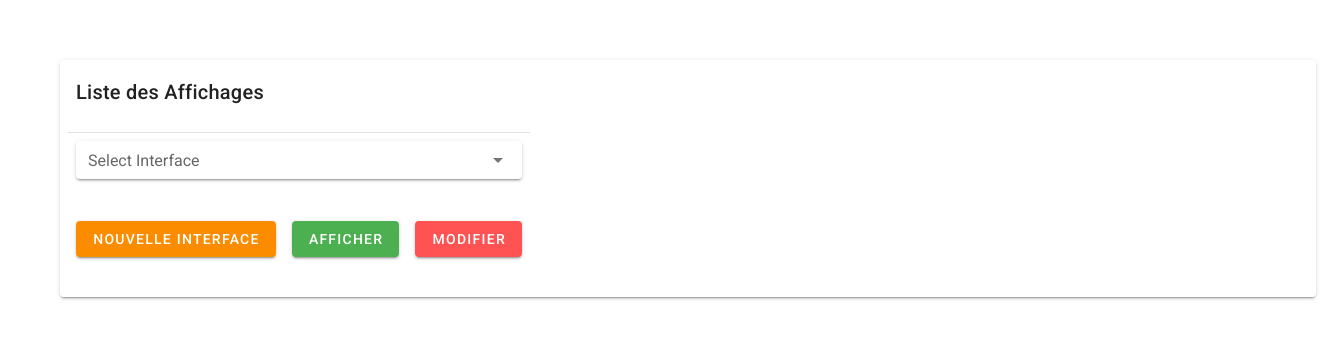
Repository: Hamagistral/BannerApp-Vue
Page: /#/
An editor plug-in stored every save of this project. The page is shown before and after the next save, followed by the edit.
The browser window is 1280 px wide. The page is 1328 px wide, then 1280 px, so the pictures cover 1328 px, including what lies to the right of the window. The pictures show the whole page.
The project was rebuilt for these pictures with package versions that can differ from the ones it lists, and the page was loaded fresh each time. Also part of the build but not shown: vue.config.js, src/components/WidgetText.vue, src/components/WidgetImage.vue, src/components/DynamicPage.vue.

Above is the page before, as saved 2023-02-07 01:29:59.

### public/index.html
<!DOCTYPE html>
<html lang="en">
  <head>
    <meta charset="utf-8">
    <meta http-equiv="X-UA-Compatible" content="IE=edge">
    <meta name="viewport" content="width=device-width,initial-scale=1.0">
    <link rel="icon" href="<%= BASE_URL %>favicon.ico">
    <title>Banner App</title>
    <link rel="stylesheet" href="https://fonts.googleapis.com/css?family=Roboto:100,300,400,500,700,900">
    <link rel="stylesheet" href="https://cdn.jsdelivr.net/npm/@mdi/font@latest/css/materialdesignicons.min.css">
  </head>
  <body>
    <noscript>
      <strong>We're sorry but Banner App doesn't work properly without JavaScript enabled. Please enable it to continue.</strong>
    </noscript>
    <div id="app"></div>
    <!-- built files will be auto injected -->
  </body>
</html>

### src/App.vue
<template>
  <v-app>
    <v-main>
      <v-container class="ma-12" fluid>
        <router-view align="center" justify="center" ></router-view>
      </v-container>
    </v-main>
  </v-app>
</template>

<script>

export default {
  name: "App",
  components: {},
};
</script>

### src/router/index.js
import Vue from 'vue'
import VueRouter from 'vue-router'
import DynamicPage from '../components/DynamicPage'
import Home from "../components/Home";

Vue.use(VueRouter)

const routes = [
  {
    path: '/',
    name: 'home',
    component: Home
  },
  {
    path: '/dynamicPage',
    name: 'dynamicPage',
    component: DynamicPage
  },

]
const router = new VueRouter({
  routes
})

export default router

### src/components/Home.vue
<template>
  <div class="text-center mx-auto">
    <v-dialog v-model="dialog" persistent>
      <template v-slot:activator="{ on, attrs }">
        <v-card>
            <v-card-title color="warning" text>Liste des Affichages</v-card-title >

            <v-spacer></v-spacer>

            <v-card-actions>
              <div class="text-center">
                <v-divider></v-divider>
                <v-select
                  class="ma-2"
                  :items="items"
                  label="Select Interface"
                  dense
                  solo
                ></v-select>

                <v-btn class="ma-2 mb-8" color="warning" v-bind="attrs" v-on="on">
                  Nouvelle Interface
                </v-btn>

                <v-btn class="ma-2 mb-8" color="success" to="/dynamicPage">
                  Afficher
                </v-btn>

                <v-btn class="ma-2 mb-8" color="error">
                  Modifier
                </v-btn>
              </div>
            </v-card-actions>
        </v-card>
      </template>

      <v-card>
        <v-card-title class="text-h5 grey lighten-2">
          Add Interfaces
        </v-card-title>

        <v-tabs class="text-center">
          <v-tab>Créer un nouvelle Interface</v-tab>
          <v-tab-item class="py-8 px-4">
            <v-row align="center">
              <v-col cols="12" sm="6" md="4">
                <v-text-field dense label="Nom de l'interface" v-model="newItem"></v-text-field
                ></v-col
              ><v-btn tile color="success" v-on:click="items.push(newItem)" @click="dialog = false">
                  <v-icon left> mdi-pencil </v-icon>
                  Créer
                </v-btn></v-row
            >
          </v-tab-item>
          <v-tab>Importer une Interface</v-tab>
        </v-tabs>
        <v-divider></v-divider>
        <v-card-actions>
          <v-spacer></v-spacer>
          <v-btn color="primary" text @click="dialog = false"> Fermer </v-btn>
        </v-card-actions>
      </v-card>
    </v-dialog>
  </div>
</template>

<script>

export default {
  components: {
  },

  data() {
    return {
      newItem: "",
      show: false,
      dialog: false,
      items: ["Interface 1", "Interface 2", "Interface 3", "Interface 4"],
    };
  },
};
</script>

Loaded but not shown: src/main.js (common file); src/store/index.js (common file); src/plugins/vuetify.js (common file)

After the next save:
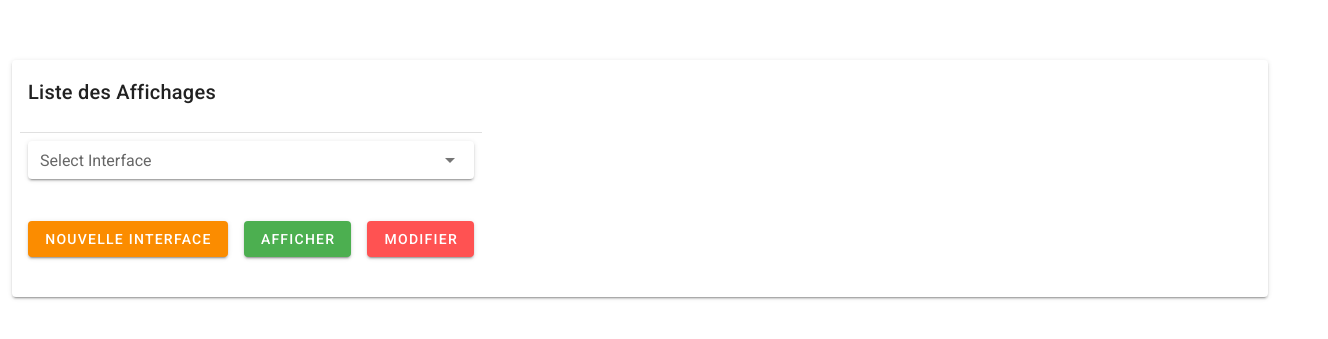
Saved 4 s later.
--- a/src/App.vue
+++ b/src/App.vue
@@ -1,7 +1,7 @@
 <template>
   <v-app>
     <v-main>
-      <v-container class="ma-12" fluid>
+      <v-container class="my-12" fluid>
         <router-view align="center" justify="center" ></router-view>
       </v-container>
     </v-main>
